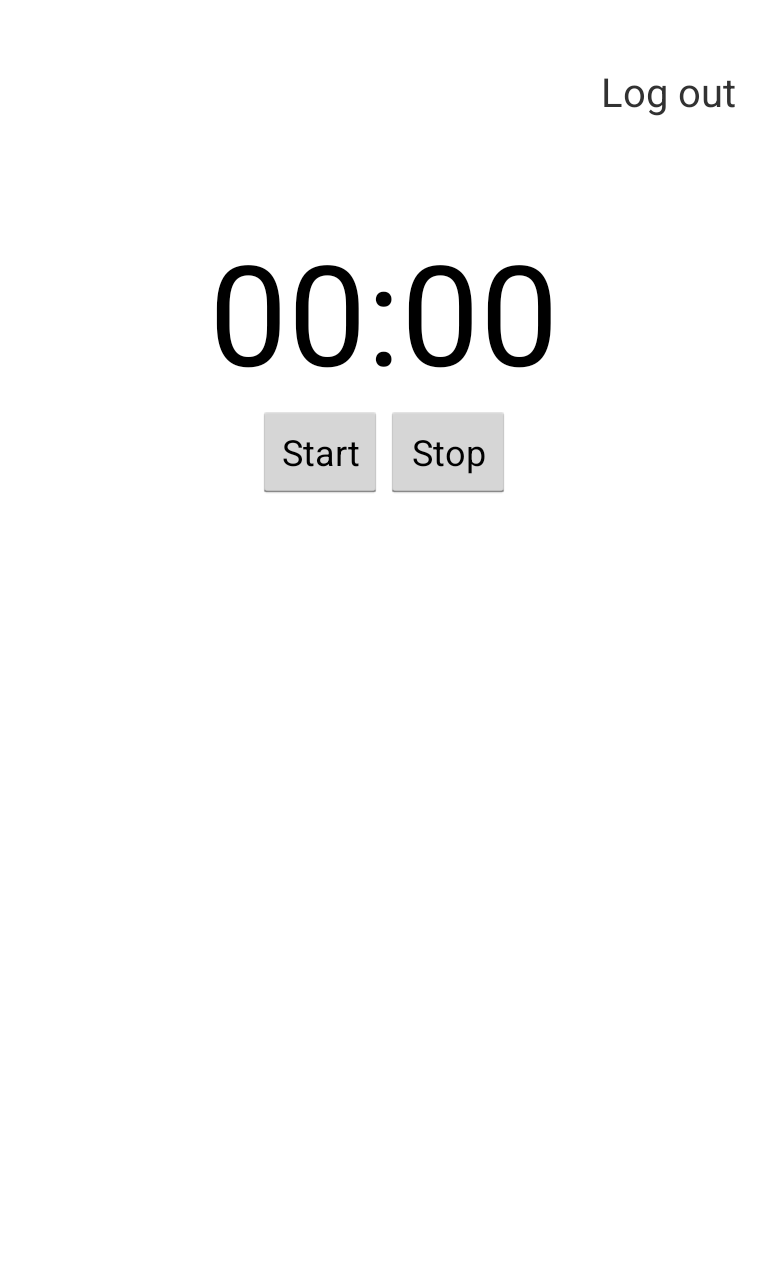
Repository: albertowusuasare/CustomStopWatch
Layout: CustomStopWatch/res/layout/activity_timer.xml
An editor plug-in stored every save of this project. The layout is shown before and after the next save, followed by the edit.
It is drawn on a 768 x 1280 px phone screen (xhdpi) without system bars, with theme AppTheme; the app's code is not run.

Above is the layout before, as saved 2014-09-25 04:57:44.

After the next save:
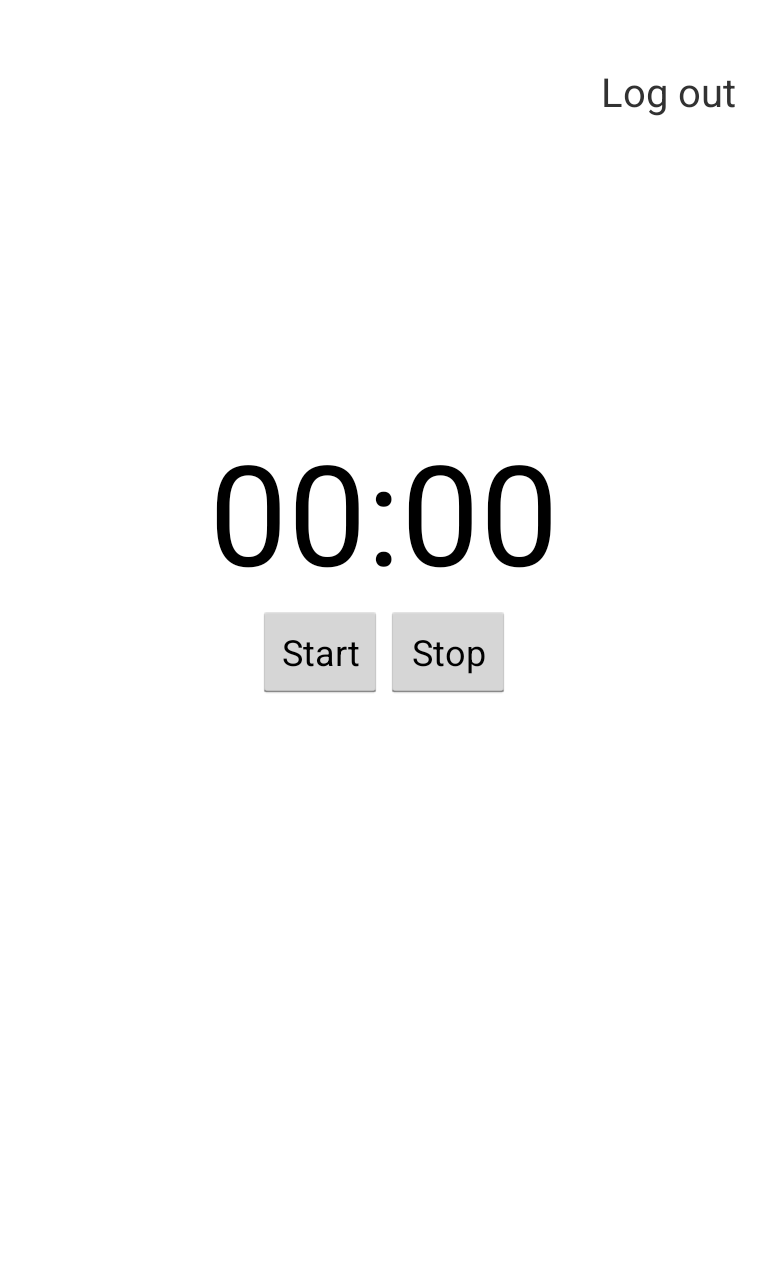
Saved 7 s later.
--- a/CustomStopWatch/res/layout/activity_timer.xml
+++ b/CustomStopWatch/res/layout/activity_timer.xml
@@ -29,7 +29,7 @@
         android:layout_width="wrap_content"
         android:layout_height="wrap_content"
         android:layout_gravity="center"
-        android:layout_marginTop="50dp"
+        android:layout_marginTop="150dp"
         android:format="%s"
         android:text="Chronometer"
         android:textSize="70sp" />
